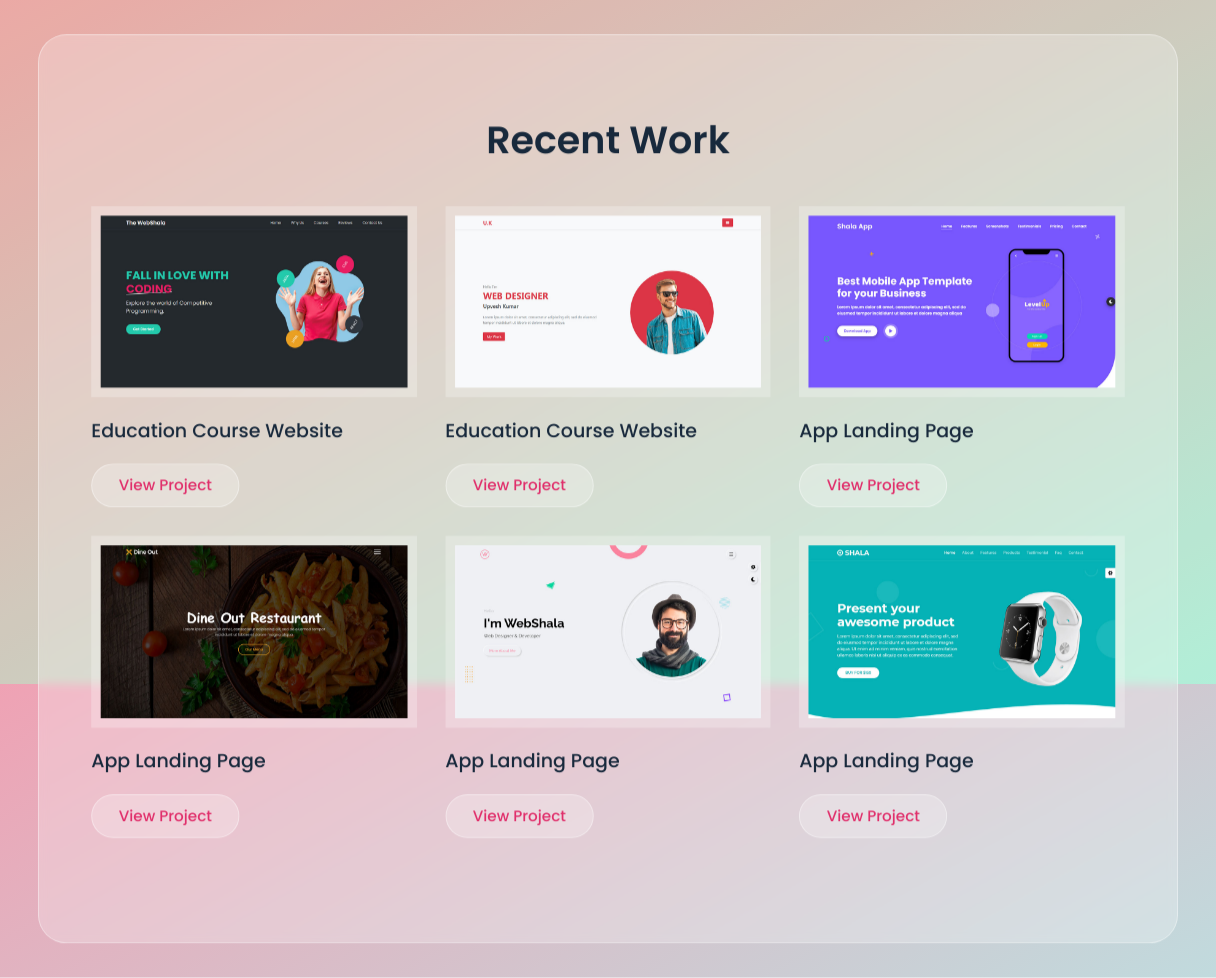
Repository: dewaary/Glassmorp-me
Page: index.html
These files come from the project's save history. The page is drawn as it stood at one moment and after the next save; the edit follows.
The browser window is 1280 px wide. The pictures show the whole page, at 95% of full size.
Backgrounds fixed to the window are drawn as part of the page.

Above is the page before, as saved 2021-05-26 07:51:23.

After the next save:
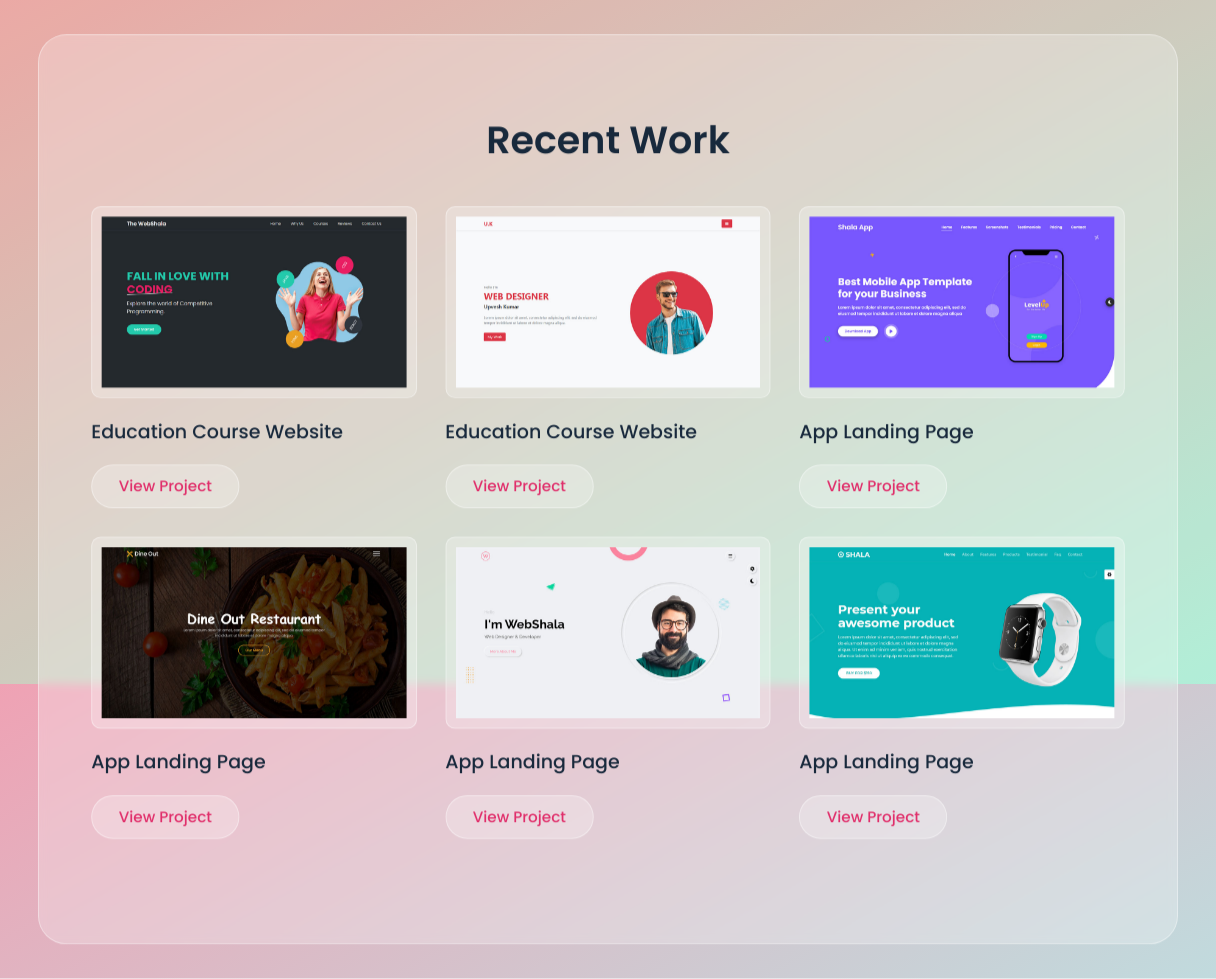
Saved 54 s later.
--- a/style.css
+++ b/style.css
@@ -404,6 +404,8 @@ Home Section */
 .portfolio-item-thumnail{
   padding: 10px;
   background-color: var(--white-alpha-25);
+  border: 1px solid var(--white-alpha-40);
+  border-radius: 10px;
 }
 
 .portfolio-item-thumnail img{
